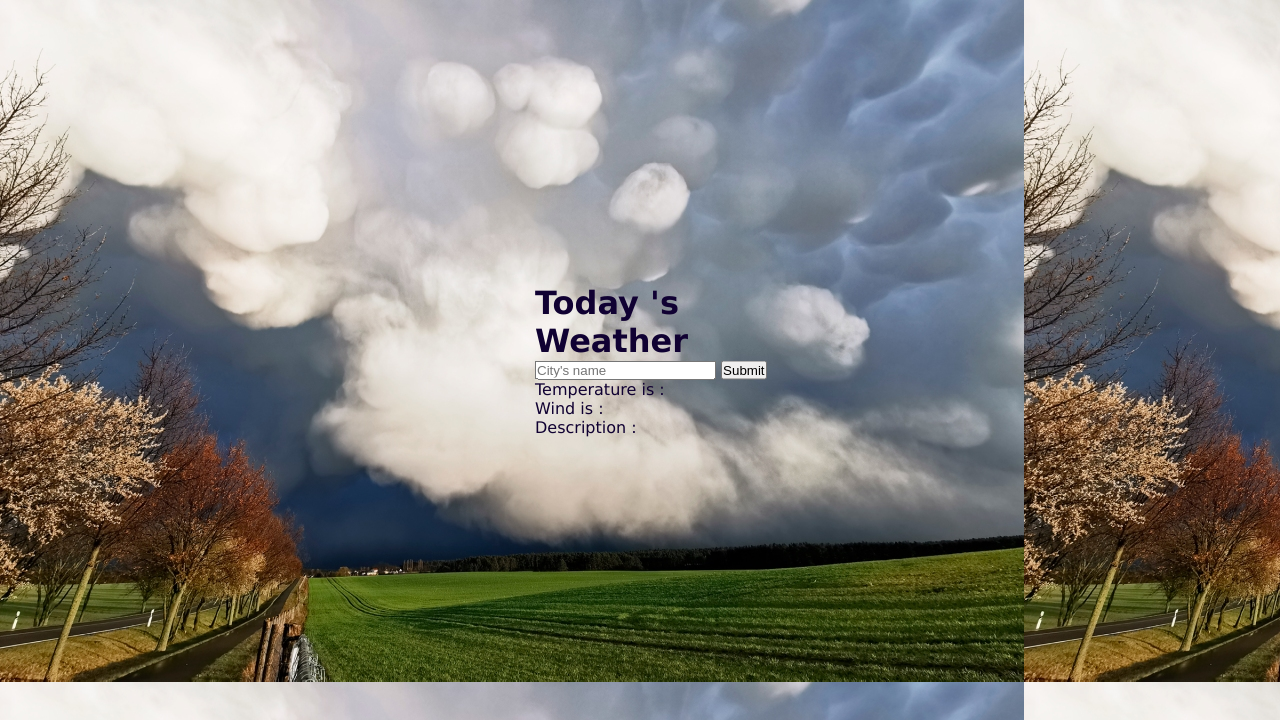
Repository: heartbreathing/searchWeather
Page: index.html
These files come from the project's save history. The page is drawn as it stood at one moment and after the next save; the edit follows.
The browser window is 1280 px wide. The pictures show the whole page.

Above is the page before, as saved 2022-11-06 22:39:37.

After the next save:
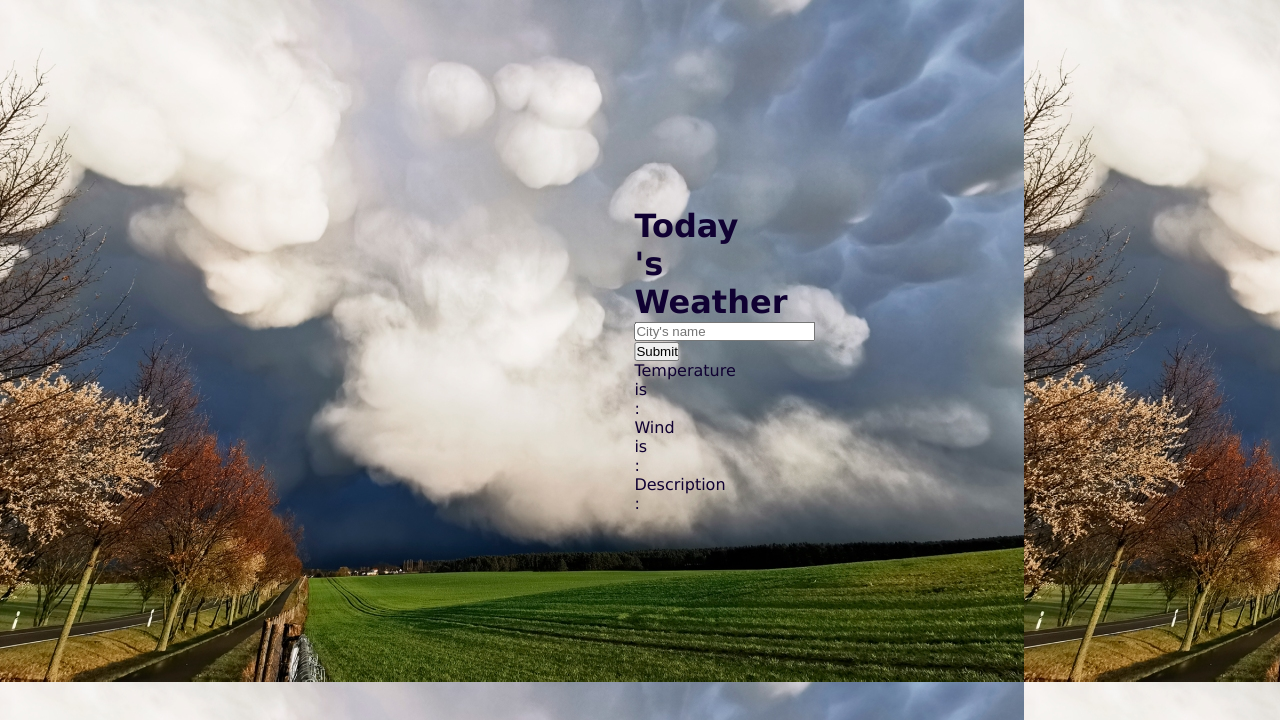
Saved 6 s later.
--- a/index.css
+++ b/index.css
@@ -15,5 +15,5 @@ body {
     top:50%;
     left:50%;
     transform: translate(-35%, -50%);
-    inline-size: ;
+    inline-size: 1rem;
 }
